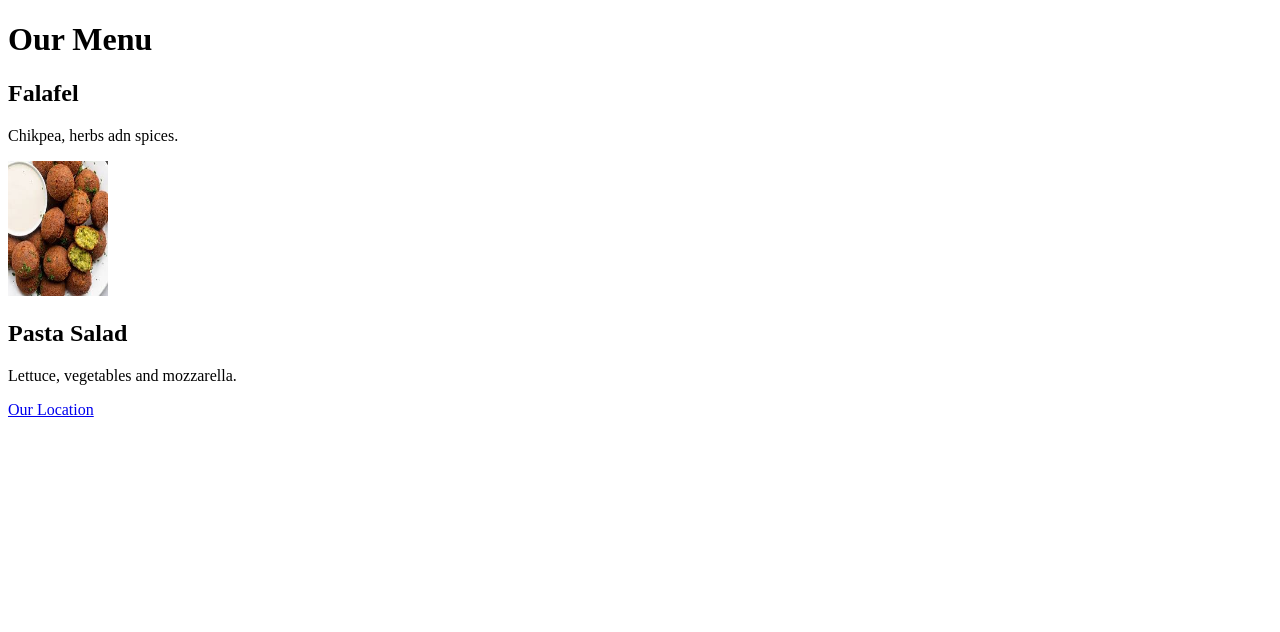
Repository: GiraldoNainggolan/Meta-Coursera
Page: Pengembang Front-End Meta/Modul 2/Mencoba/index.html
The author's editor kept a copy of each file at every save. The page is drawn from the files as they stood at one save, then again after a run of saves.
The browser window is 1280 px wide. The pictures show the whole page.

Above is the page before, as saved 2025-01-26 00:08:29.

### Pengembang Front-End Meta/Modul 2/Mencoba/index.html
<!DOCTYPE html>
<html>
    <head>
        <title> Title Lemon</title>
    </head>
    <body>
        <h1>Our Menu</h1>
        <h2>Falafel</h2>
        <p>Chikpea, herbs adn spices.</p>
        <img src="falavel.jpg" alt="gambar" width="100px" height="135">
        <h2>Pasta Salad</h2>
        <p>Lettuce, vegetables and mozzarella.</p>
        <a href="location.html">Our Location</a>
    </body>
</html>

After the next 2 saves:
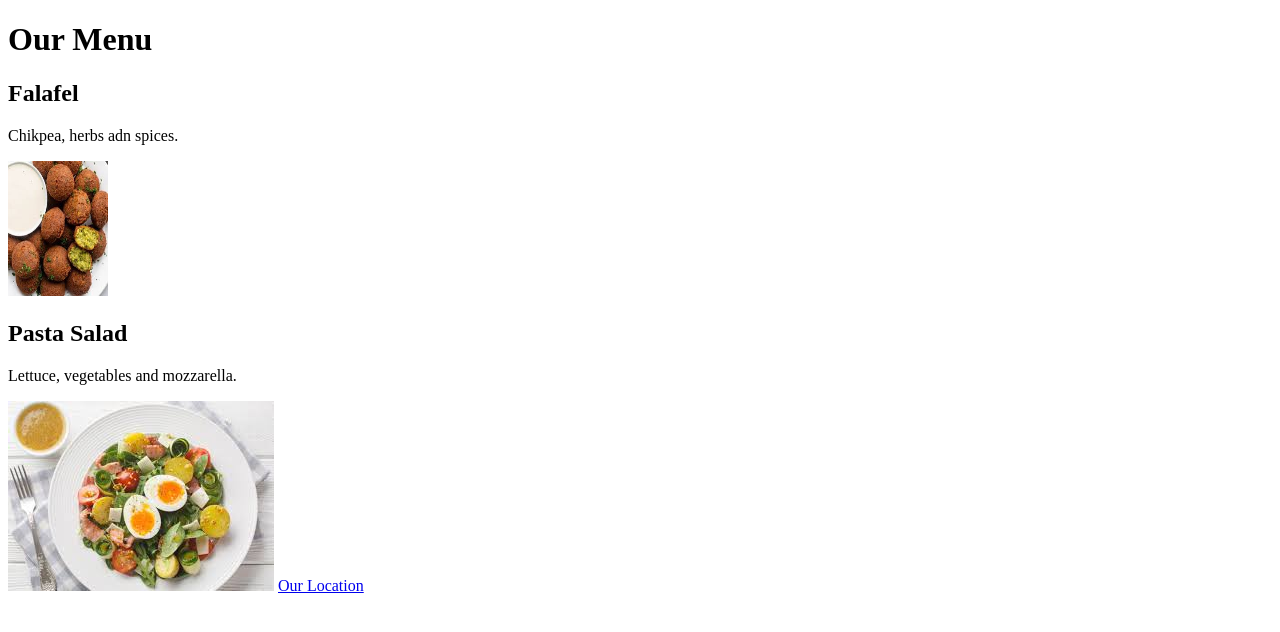
The 2 saves are shown as one change because they came seconds apart.
The last was saved 17 s later.
--- a/Pengembang Front-End Meta/Modul 2/Mencoba/index.html
+++ b/Pengembang Front-End Meta/Modul 2/Mencoba/index.html
@@ -10,6 +10,7 @@
         <img src="falavel.jpg" alt="gambar" width="100px" height="135">
         <h2>Pasta Salad</h2>
         <p>Lettuce, vegetables and mozzarella.</p>
+        <img src="salad.jpg" alt="">
         <a href="location.html">Our Location</a>
     </body>
 </html>
